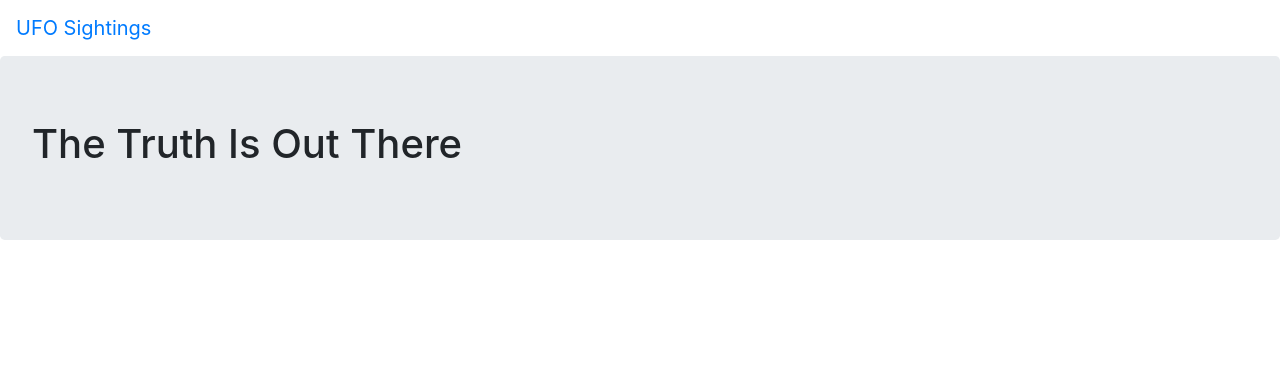
Repository: PaddyHQ/UFOs
Page: index.html
These files come from the project's save history. The page is drawn as it stood at one moment and after the next save; the edit follows.
The browser window is 1280 px wide. The pictures show the whole page.

Above is the page before, as saved 2022-02-02 21:19:38.

After the next save:
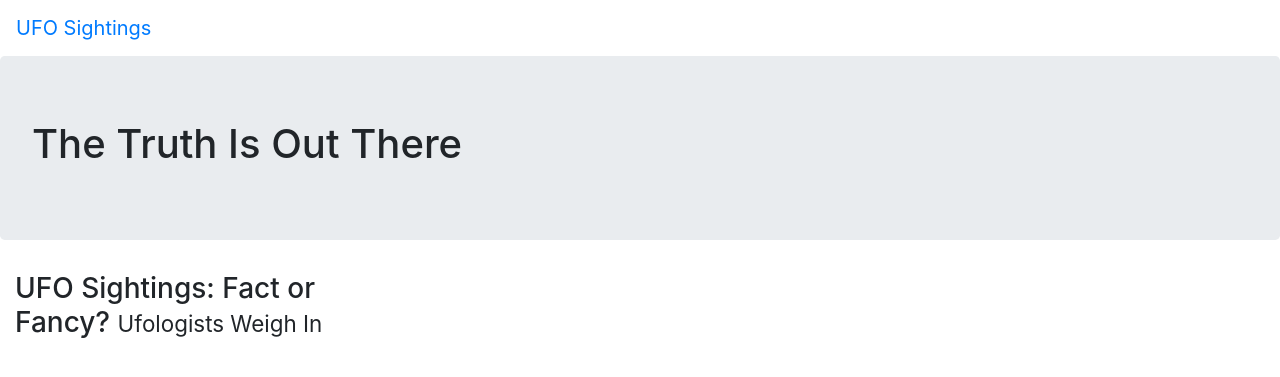
Saved 24 s later.
--- a/index.html
+++ b/index.html
@@ -28,7 +28,7 @@
         </div>
     </div>
     <div class="col-md-4">
-
+        <h3>UFO Sightings: Fact or Fancy? <small>Ufologists Weigh In</small></h3>
     </div>
     <div class="col-md-8">
 
